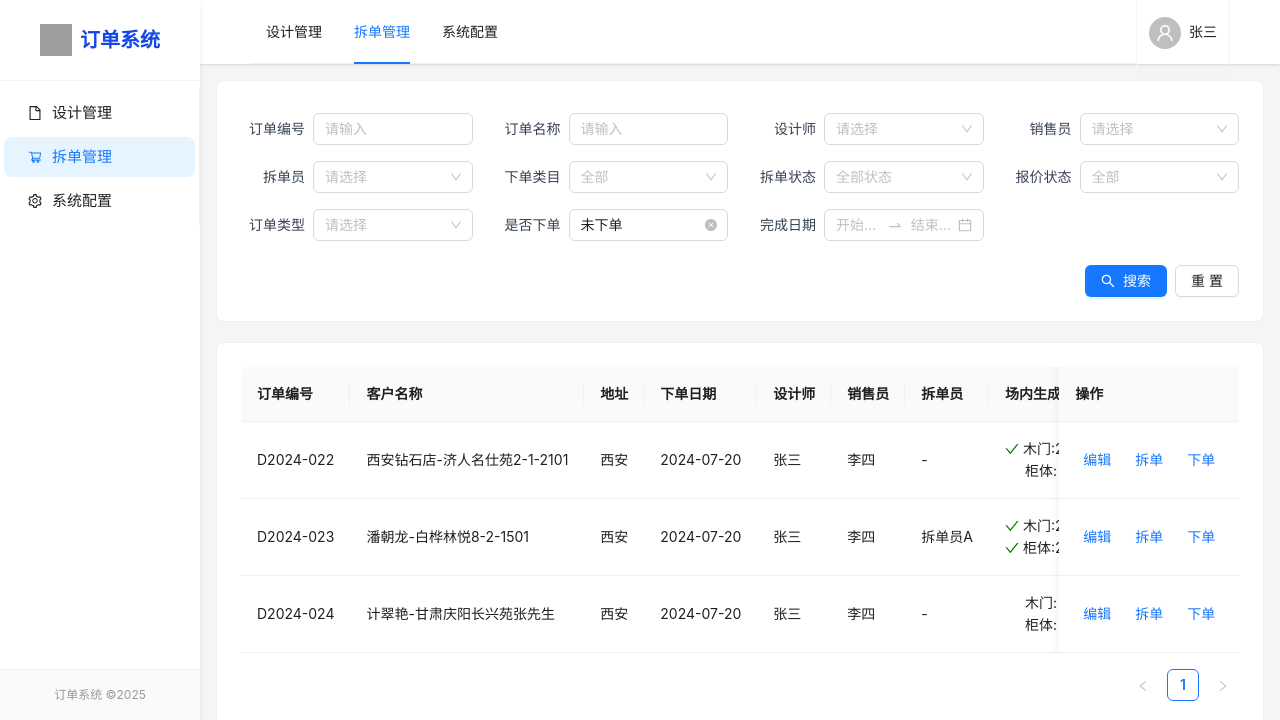
Repository: Garyxiwang/order_system
Page: /split (app in front/)
The author's editor kept a copy of each file at every save. The page is drawn from the files as they stood at one save, then again after the next save.
The browser window is 1280 px wide. The pictures show the whole page.
Pictures or frames that could not be fetched are drawn as grey boxes. An inner scrolling area shows only its first screen. The project was rebuilt for these pictures with package versions that can differ from the ones it lists, and the page was loaded fresh each time. The framework's server and built-in components were replaced by stand-ins that run in the browser. Also part of the build but not shown: front/next.config.js, front/next.config.ts, front/src/app/split/editOrderModal.tsx, front/src/app/split/SplitOrderModal.tsx.

Above is the page before, as saved 2025-08-07 15:42:28.

### front/src/app/layout.tsx
import type { Metadata } from "next";
import { Geist, Geist_Mono } from "next/font/google";
import '@ant-design/v5-patch-for-react-19';
import "./globals.css";

const geistSans = Geist({
  variable: "--font-geist-sans",
  subsets: ["latin"],
});

const geistMono = Geist_Mono({
  variable: "--font-geist-mono",
  subsets: ["latin"],
});

export const metadata: Metadata = {
  title: "订单系统",
  description: "基于Next.js、TypeScript和Ant Design构建的订单系统",
};

import AppLayout from '@/components/layout/AppLayout';

export default function RootLayout({
  children,
}: Readonly<{
  children: React.ReactNode;
}>) {
  return (
    <html lang="zh-CN">
      <body
        className={`${geistSans.variable} ${geistMono.variable} antialiased`}
      >
        <AppLayout>
          {children}
        </AppLayout>
      </body>
    </html>
  );
}

### front/src/app/split/page.tsx
"use client";

import React, { useState, useEffect } from "react";
import {
  Card,
  Table,
  Button,
  Space,
  Input,
  Select,
  Row,
  Col,
  Tag,
  message,
  DatePicker,
} from "antd";
import type { ColumnsType } from "antd/es/table";
import { SearchOutlined, CheckOutlined } from "@ant-design/icons";
import { getSplitOrders, type SplitOrder } from "../../services/splitApi";
import EditOrderModal from "./editOrderModal";
import type { EditFormValues } from "./editOrderModal";
import SplitOrderModal from "./SplitOrderModal";
import type { SplitFormValues } from "./SplitOrderModal";

const { Option } = Select;
const { RangePicker } = DatePicker;
const DesignPage: React.FC = () => {
  const [splitData, setSplitData] = useState<SplitOrder[]>([]);
  const [loading, setLoading] = useState(false);
  const [isEditModalVisible, setIsEditModalVisible] = useState(false);
  const [isSplitModalVisible, setIsSplitModalVisible] = useState(false);
  const [selectedOrder, setSelectedOrder] = useState<SplitOrder | null>(null);

  // 加载拆单数据
  const loadSplitData = async () => {
    setLoading(true);
    try {
      const response = await getSplitOrders();
      if (response.code === 200) {
        setSplitData(response.data);
      } else {
        message.error(response.message || "获取数据失败");
      }
    } catch (error) {
      message.error("获取数据失败，请稍后重试");
      console.error("获取拆单数据失败:", error);
    } finally {
      setLoading(false);
    }
  };

  // 组件挂载时加载数据
  useEffect(() => {
    loadSplitData();
  }, []);

  // 显示编辑模态框
  const showEditModal = (record: SplitOrder) => {
    setSelectedOrder(record);
    setIsEditModalVisible(true);
  };

  // 处理编辑模态框取消
  const handleEditModalCancel = () => {
    setIsEditModalVisible(false);
    setSelectedOrder(null);
  };

  // 处理编辑模态框确认
  const handleEditModalOk = (values: EditFormValues) => {
    console.log("编辑表单数据:", values);
    // 这里可以调用API更新数据
    setIsEditModalVisible(false);
    setSelectedOrder(null);
    // 重新加载数据
    loadSplitData();
  };

  // 显示拆单模态框
  const showSplitModal = (record: SplitOrder) => {
    setSelectedOrder(record);
    setIsSplitModalVisible(true);
  };

  // 处理拆单模态框取消
  const handleSplitModalCancel = () => {
    setIsSplitModalVisible(false);
    setSelectedOrder(null);
  };

  // 处理拆单模态框确认
  const handleSplitModalOk = (values: SplitFormValues) => {
    console.log("拆单表单数据:", values);
    // 这里可以调用API更新数据
    setIsSplitModalVisible(false);
    setSelectedOrder(null);
    // 重新加载数据
    loadSplitData();
  };

  const columns: ColumnsType<SplitOrder> = [
    {
      title: "订单编号",
      dataIndex: "designNumber",
      key: "designNumber",
    },
    {
      title: "客户名称",
      dataIndex: "customerName",
      key: "customerName",
    },
    {
      title: "地址",
      dataIndex: "address",
      key: "address",
    },
    {
      title: "下单日期",
      dataIndex: "createTime",
      key: "createTime",
    },
    {
      title: "设计师",
      dataIndex: "designer",
      key: "designer",
    },
    {
      title: "销售员",
      dataIndex: "salesPerson",
      key: "salesPerson",
    },
    {
      title: "拆单员",
      dataIndex: "splitPerson",
      key: "splitPerson",
      render: (text: string) => {
        if (!text) return "-";
        return text;
      },
    },
    {
      title: "场内生成项",
      dataIndex: "doorBody",
      key: "doorBody",
      render: (text: string) => {
        if (!text) return null;

        const items = text.split(",");
        return (
          <div>
            {items.map((item, index) => {
              const parts = item.split(":");
              const name = parts[0];
              const time = parts[1];
              const days = parts[2];

              if (parts.length === 3 && name && time && days) {
                const dayCount = parseInt(days);
                const dayColor = dayCount >= 3 ? "red" : "-";
                return (
                  <div key={index}>
                    <CheckOutlined
                      style={{ color: "green", marginRight: "4px" }}
                    />
                    {name}:{time}{" "}
                    <span style={{ color: dayColor }}>{days}天</span>
                  </div>
                );
              } else if (parts.length >= 2 && name && time) {
                return (
                  <div key={index}>
                    <CheckOutlined
                      style={{ color: "green", marginRight: "4px" }}
                    />
                    {name}:{time}
                  </div>
                );
              } else {
                return (
                  <div key={index} style={{ marginLeft: "20px" }}>
                    {name}: -
                  </div>
                );
              }
            })}
          </div>
        );
      },
    },
    {
      title: "外购项",
      dataIndex: "external",
      key: "external",
      render: (text: string) => {
        if (!text) return null;

        const items = text.split(",");
        return (
          <div>
            {items.map((item, index) => {
              const parts = item.split(":");
              const name = parts[0];
              const time = parts[1];
              const days = parts[2];

              if (parts.length === 3 && name && time && days) {
                const dayCount = parseInt(days);
                const dayColor = dayCount >= 3 ? "red" : "";
                return (
                  <div key={index}>
                    <CheckOutlined
                      style={{ color: "green", marginRight: "4px" }}
                    />
                    {name}:{time}{" "}
                    <span style={{ color: dayColor }}>{days}天</span>
                  </div>
                );
              } else if (parts.length >= 2 && name && time) {
                return (
                  <div key={index}>
                    <CheckOutlined
                      style={{ color: "green", marginRight: "4px" }}
                    />
                    {name}:{time}
                  </div>
                );
              } else {
                return (
                  <div key={index} style={{ marginLeft: "20px" }}>
                    {name}: -
                  </div>
                );
              }
            })}
          </div>
        );
      },
    },
    {
      title: "报价状态",
      dataIndex: "priceState",
      key: "priceState",
      render: (text: string) => {
        if (!text) return "-";
        return text;
      },
    },

    {
      title: "完成日期",
      dataIndex: "finishTime",
      key: "finishTime",
      render: (text: string) => {
        if (!text) return "-";
        return text;
      },
    },
    {
      title: "订单类型",
      dataIndex: "orderType",
      key: "orderType",
    },
    {
      title: "订单状态",
      dataIndex: "states",
      key: "states",
      render: (text: string) => {
        if (text === "已完成") {
          return <Tag color="green">{text}</Tag>;
        }
        return text;
      },
    },
    {
      title: "备注",
      dataIndex: "remark",
      key: "remark",
      render: (text: string) => (
        <div
          style={{
            maxWidth: "150px",
            wordWrap: "break-word",
            whiteSpace: "pre-wrap",
          }}
        >
          {text || "-"}
        </div>
      ),
    },
    {
      title: "操作",
      key: "action",
      fixed: "right",
      render: (_: unknown, record: SplitOrder) => (
        <Space>
          <Button
            type="link"
            size="small"
            onClick={() => showEditModal(record)}
          >
            编辑
          </Button>
          <Button
            type="link"
            size="small"
            onClick={() => showSplitModal(record)}
          >
            拆单
          </Button>
          <Button
            type="link"
            size="small"
            onClick={() => showSplitModal(record)}
          >
            下单
          </Button>
        </Space>
      ),
    },
  ];

  return (
    <div className="space-y-6">
      {/* 搜索Card */}
      <Card variant="outlined" style={{ marginBottom: 20 }}>
        <Row gutter={24}>
          <Col span={6} className="py-2">
            <div className="flex items-center gap-2">
              <label className="whitespace-nowrap text-sm font-medium text-gray-700 min-w-16 text-right">
                订单编号
              </label>
              <Input
                placeholder="请输入"
                className="rounded-md border-gray-200 flex-1"
                size="middle"
                allowClear
              />
            </div>
          </Col>
          <Col span={6} className="py-2">
            <div className="flex items-center gap-2">
              <label className="whitespace-nowrap text-sm font-medium text-gray-700 min-w-16 text-right">
                订单名称
              </label>
              <Input
                placeholder="请输入"
                className="rounded-md border-gray-200 flex-1"
                size="middle"
                allowClear
              />
            </div>
          </Col>
          <Col span={6} className="py-2">
            <div className="flex items-center gap-2">
              <label className="whitespace-nowrap text-sm font-medium text-gray-700 min-w-16 text-right">
                设计师
              </label>
              <Select
                placeholder="请选择"
                className="rounded-md flex-1"
                size="middle"
                allowClear
              >
                <Option value="designer1">设计师1</Option>
                <Option value="designer2">设计师2</Option>
              </Select>
            </div>
          </Col>
          <Col span={6} className="py-2">
            <div className="flex items-center gap-2">
              <label className="whitespace-nowrap text-sm font-medium text-gray-700 min-w-16 text-right">
                销售员
              </label>
              <Select
                placeholder="请选择"
                className="rounded-md flex-1"
                size="middle"
                allowClear
              >
                <Option value="designer1">销售员1</Option>
                <Option value="designer2">销售员2</Option>
                <Option value="designer2">销售员3</Option>
              </Select>
            </div>
          </Col>
          <Col span={6} className="py-2">
            <div className="flex items-center gap-2">
              <label className="whitespace-nowrap text-sm font-medium text-gray-700 min-w-16 text-right">
                拆单员
              </label>
              <Select
                placeholder="请选择"
                className="rounded-md flex-1"
                size="middle"
                allowClear
              >
                <Option value="designer1">拆单员1</Option>
                <Option value="designer2">拆单员2</Option>
                <Option value="designer2">拆单员3</Option>
              </Select>
            </div>
          </Col>
          <Col span={6} className="py-2">
            <div className="flex items-center gap-2">
              <label className="whitespace-nowrap text-sm font-medium text-gray-700 min-w-16 text-right">
                下单类目
              </label>
              <Select
                placeholder="全部"
                className="rounded-md flex-1"
                size="middle"
                allowClear
              >
                <Option value="designing">木门</Option>
                <Option value="reviewing">柜体</Option>
                <Option value="completed">石材</Option>
                <Option value="completed">板材</Option>
                <Option value="completed">铝合金门</Option>
              </Select>
            </div>
          </Col>
          <Col span={6} className="py-2">
            <div className="flex items-center gap-2">
              <label className="whitespace-nowrap text-sm font-medium text-gray-700 min-w-16 text-right">
                拆单状态
              </label>
              <Select
                placeholder="全部状态"
                className="rounded-md flex-1"
                size="middle"
                allowClear
              >
                <Option value="-1">拆单中</Option>
                <Option value="1">已审核</Option>
                <Option value="1">已完成</Option>
              </Select>
            </div>
          </Col>
          <Col span={6} className="py-2">
            <div className="flex items-center gap-2">
              <label className="whitespace-nowrap text-sm font-medium text-gray-700 min-w-16 text-right">
                报价状态
              </label>
              <Select
                placeholder="全部"
                className="rounded-md flex-1"
                size="middle"
                allowClear
              >
                <Option value="normal">未打款</Option>
                <Option value="normal">已打款</Option>
                <Option value="important">报价已发未打款</Option>
              </Select>
            </div>
          </Col>
          <Col span={6} className="py-2">
            <div className="flex items-center gap-2">
              <label className="whitespace-nowrap text-sm font-medium text-gray-700 min-w-16 text-right">
                订单类型
              </label>
              <Select
                placeholder="请选择"
                className="rounded-md flex-1"
                size="middle"
                allowClear
              >
                <Option value="design">设计单</Option>
                <Option value="development">经销商订单</Option>
              </Select>
            </div>
          </Col>
          <Col span={6} className="py-2">
            <div className="flex items-center gap-2">
              <label className="whitespace-nowrap text-sm font-medium text-gray-700 min-w-16 text-right">
                是否下单
              </label>
              <Select
                placeholder="请选择"
                className="rounded-md flex-1"
                size="middle"
                allowClear
                defaultValue={"0"}
              >
                <Option value="-1">已下单</Option>
                <Option value="0">未下单</Option>
              </Select>
            </div>
          </Col>
          <Col span={6} className="py-2">
            <div className="flex items-center gap-2">
              <label className="whitespace-nowrap text-sm font-medium text-gray-700 min-w-16 text-right">
                完成日期
              </label>
              <RangePicker
                placeholder={["开始日期", "结束日期"]}
                className="rounded-md flex-1"
                size="middle"
                allowClear
              />
            </div>
          </Col>
        </Row>
        <Row className="mt-4">
          <Col span={24} className="text-right">
            <Space>
              <Button
                type="primary"
                icon={<SearchOutlined />}
                size="middle"
                className="bg-blue-600 hover:bg-blue-700"
              >
                搜索
              </Button>
              <Button
                size="middle"
                className="border-gray-300 hover:border-blue-500"
              >
                重置
              </Button>
            </Space>
          </Col>
        </Row>
      </Card>

      {/* 内容Card */}
      <Card variant="outlined">
        {/* 表格区域 */}
        <Table<SplitOrder>
          columns={columns}
          dataSource={splitData}
          loading={loading}
          bordered={false}
          pagination={{ pageSize: 10 }}
          rowClassName="hover:bg-blue-50"
          rowKey={(record) => record.designNumber}
          scroll={{ x: "max-content" }}
        />
      </Card>

      {/* 编辑订单模态框 */}
      <EditOrderModal
        visible={isEditModalVisible}
        onCancel={handleEditModalCancel}
        onOk={handleEditModalOk}
        orderData={selectedOrder}
      />

      {/* 拆单操作模态框 */}
      <SplitOrderModal
        visible={isSplitModalVisible}
        onCancel={handleSplitModalCancel}
        onOk={handleSplitModalOk}
        orderData={selectedOrder}
      />
    </div>
  );
};

export default DesignPage;

### front/src/app/globals.css
@import "tailwindcss";
/* Ant Design 5.x不再需要全局导入CSS文件 */

:root {
  --background: #ffffff;
  --foreground: #171717;
}

@theme inline {
  --color-background: var(--background);
  --color-foreground: var(--foreground);
  --font-sans: var(--font-geist-sans);
  --font-mono: var(--font-geist-mono);
}

@media (prefers-color-scheme: dark) {
  :root {
    --background: #0a0a0a;
    --foreground: #ededed;
  }
}

body {
  background: var(--background);
  color: var(--foreground);
  font-family: Arial, Helvetica, sans-serif;
}

### front/src/services/splitApi.ts
// 拆单页面相关的API接口

export interface SplitOrder {
  designNumber: string;
  customerName: string;
  address: string;
  createTime: string;
  designer: string;
  salesPerson: string;
  splitPerson: string;
  doorBody: string;
  external: string;
  priceState: string;
  fixedTime: string;
  finishTime: string;
  orderType: string;
  states: string;
  remark: string;
}

// 模拟拆单数据
const mockSplitData: SplitOrder[] = [
  {
    designNumber: "D2024-022",
    customerName: "西安钻石店-济人名仕苑2-1-2101",
    address: "西安",
    createTime: "2024-07-20",
    designer: "张三",
    salesPerson: "李四",
    splitPerson: "",
    doorBody: "木门:2025/07/01:3,柜体",
    external: "石材:2025/07/01:3,板材:2025/07/01:2",
    priceState: "报价已发未打款",
    fixedTime: "2024-07-20",
    finishTime: "2024-07-30",
    orderType: "设计单",
    states: "拆单中",
    remark: "这个是一个备注",
  },
  {
    designNumber: "D2024-023",
    customerName: "潘朝龙-白桦林悦8-2-1501",
    address: "西安",
    createTime: "2024-07-20",
    designer: "张三",
    salesPerson: "李四",
    splitPerson: "拆单员A",
    doorBody: "木门:2025/07/01:3,柜体:2025/07/03:10",
    external: "石材:2025/07/01:3,板材:2025/07/01:2",
    priceState: "",
    fixedTime: "2024-07-20",
    finishTime: "2024-07-30",
    orderType: "设计单",
    states: "已完成",
    remark: "这个是一个备注",
  },
  {
    designNumber: "D2024-024",
    customerName: "计翠艳-甘肃庆阳长兴苑张先生",
    address: "西安",
    createTime: "2024-07-20",
    designer: "张三",
    salesPerson: "李四",
    splitPerson: "",
    doorBody: "木门:,柜体:",
    external: "石材:,板材:",
    priceState: "",
    fixedTime: "",
    finishTime: "",
    orderType: "设计单",
    states: "未开始",
    remark: "",
  },
];

// API响应接口
interface ApiResponse<T> {
  code: number;
  message: string;
  data: T;
}

// 获取拆单列表
export const getSplitOrders = async (): Promise<ApiResponse<SplitOrder[]>> => {
  // 模拟API调用延迟
  await new Promise((resolve) => setTimeout(resolve, 500));

  return {
    code: 200,
    message: "获取成功",
    data: mockSplitData,
  };
};

// 创建拆单
export const createSplitOrder = async (order: Omit<SplitOrder, 'designNumber'>): Promise<ApiResponse<SplitOrder>> => {
  // 模拟API调用延迟
  await new Promise((resolve) => setTimeout(resolve, 500));

  const newOrder: SplitOrder = {
    ...order,
    designNumber: `D2024-${String(Date.now()).slice(-3)}`,
  };

  mockSplitData.push(newOrder);

  return {
    code: 200,
    message: "创建成功",
    data: newOrder,
  };
};

// 更新拆单
export const updateSplitOrder = async (designNumber: string, updates: Partial<SplitOrder>): Promise<ApiResponse<SplitOrder>> => {
  // 模拟API调用延迟
  await new Promise((resolve) => setTimeout(resolve, 500));

  const index = mockSplitData.findIndex(order => order.designNumber === designNumber);

  if (index === -1) {
    return {
      code: 404,
      message: "订单不存在",
      data: {} as SplitOrder,
    };
  }

  mockSplitData[index] = { ...mockSplitData[index], ...updates };

  return {
    code: 200,
    message: "更新成功",
    data: mockSplitData[index],
  };
};

// 删除拆单
export const deleteSplitOrder = async (designNumber: string): Promise<ApiResponse<null>> => {
  // 模拟API调用延迟
  await new Promise((resolve) => setTimeout(resolve, 500));

  const index = mockSplitData.findIndex(order => order.designNumber === designNumber);

  if (index === -1) {
    return {
      code: 404,
      message: "订单不存在",
      data: null,
    };
  }

  mockSplitData.splice(index, 1);

  return {
    code: 200,
    message: "删除成功",
    data: null,
  };
};

### front/src/components/layout/SideMenu.tsx
'use client';

import React from 'react';
import { Menu } from 'antd';
import { FileOutlined, ShoppingCartOutlined, SettingOutlined, DashboardOutlined } from '@ant-design/icons';
import Link from 'next/link';
import { usePathname } from 'next/navigation';

const SideMenu: React.FC = () => {
  const pathname = usePathname();

  // 根据当前路径确定选中的菜单项
  const getSelectedKey = () => {
    if (pathname.startsWith('/design')) return ['design'];
    if (pathname.startsWith('/split')) return ['split'];
    if (pathname.startsWith('/config')) return ['config'];
    return [];
  };

  const menuItems = [
    {
      key: 'design',
      icon: <FileOutlined className="text-blue-600" />,
      label: <Link href="/design" className="text-gray-700 hover:text-blue-600 font-medium">设计管理</Link>,
    },
    {
      key: 'split',
      icon: <ShoppingCartOutlined className="text-blue-600" />,
      label: <Link href="/split" className="text-gray-700 hover:text-blue-600 font-medium">拆单管理</Link>,
    },
    {
      key: 'config',
      icon: <SettingOutlined className="text-blue-600" />,
      label: <Link href="/config" className="text-gray-700 hover:text-blue-600 font-medium">系统配置</Link>,
    },
  ];

  return (
    <Menu
      mode="inline"
      selectedKeys={getSelectedKey()}
      items={menuItems}
      className="border-r-0 bg-transparent"
      style={{ fontSize: '15px' }}
    />
  );
};

export default SideMenu;

### front/src/components/AntdRegistry.tsx
'use client';

import React from 'react';
import { createCache, extractStyle, StyleProvider } from '@ant-design/cssinjs';
import type Entity from '@ant-design/cssinjs/es/Cache';
import { useServerInsertedHTML } from 'next/navigation';

interface AntdRegistryProps {
  children: React.ReactNode;
}

const AntdRegistry = ({ children }: AntdRegistryProps) => {
  const cache = React.useMemo<Entity>(() => createCache(), []);

  useServerInsertedHTML(() => {
    return (
      <style
        id="antd"
        dangerouslySetInnerHTML={{ __html: extractStyle(cache, true) }}
      />
    );
  });

  return <StyleProvider cache={cache}>{children}</StyleProvider>;
};

export default AntdRegistry;

Loaded but not shown: front/src/components/layout/AppLayout.tsx (203 lines, source omitted)

After the next save:
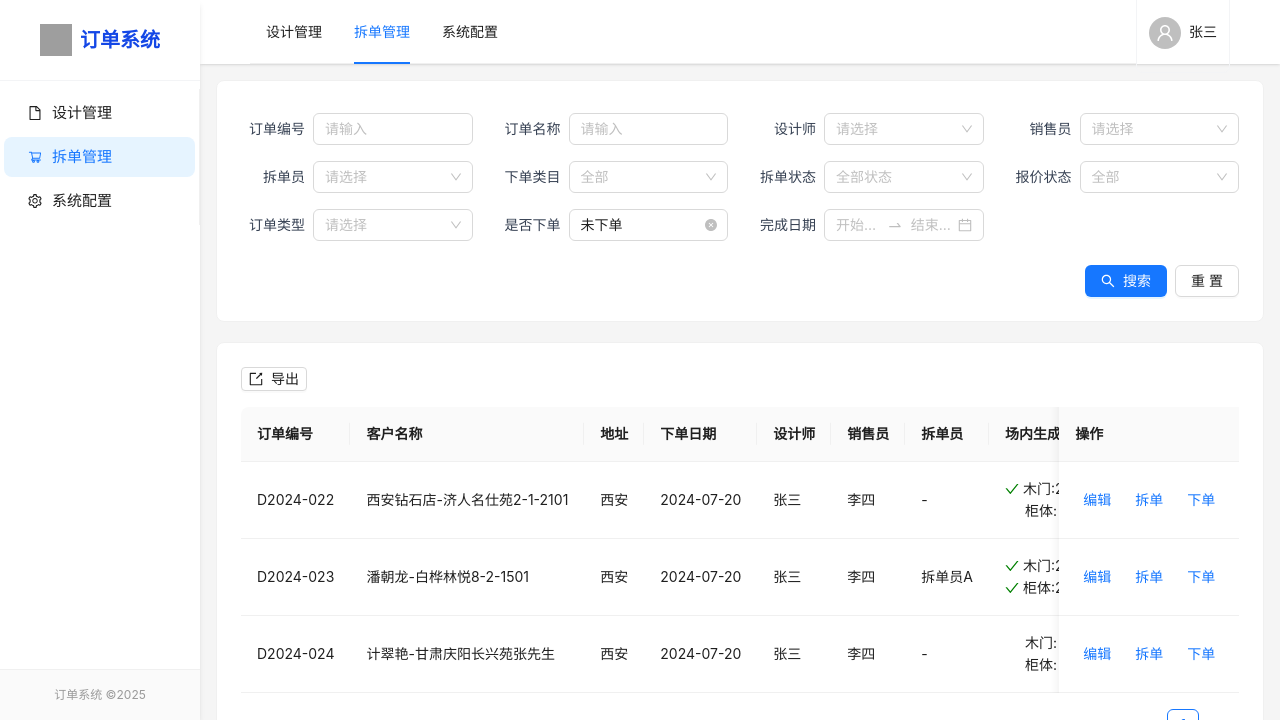
Saved 32 s later.
--- a/front/src/app/split/page.tsx
+++ b/front/src/app/split/page.tsx
@@ -15,7 +15,11 @@ import {
   DatePicker,
 } from "antd";
 import type { ColumnsType } from "antd/es/table";
-import { SearchOutlined, CheckOutlined } from "@ant-design/icons";
+import {
+  SearchOutlined,
+  CheckOutlined,
+  ExportOutlined,
+} from "@ant-design/icons";
 import { getSplitOrders, type SplitOrder } from "../../services/splitApi";
 import EditOrderModal from "./editOrderModal";
 import type { EditFormValues } from "./editOrderModal";
@@ -524,6 +528,16 @@ const DesignPage: React.FC = () => {
 
       {/* 内容Card */}
       <Card variant="outlined">
+        {/* 新增按钮 */}
+        <div className="flex justify-between items-center mb-4">
+          <Button
+            icon={<ExportOutlined />}
+            size="small"
+            className="border-gray-300 hover:border-blue-500"
+          >
+            导出
+          </Button>
+        </div>
         {/* 表格区域 */}
         <Table<SplitOrder>
           columns={columns}
